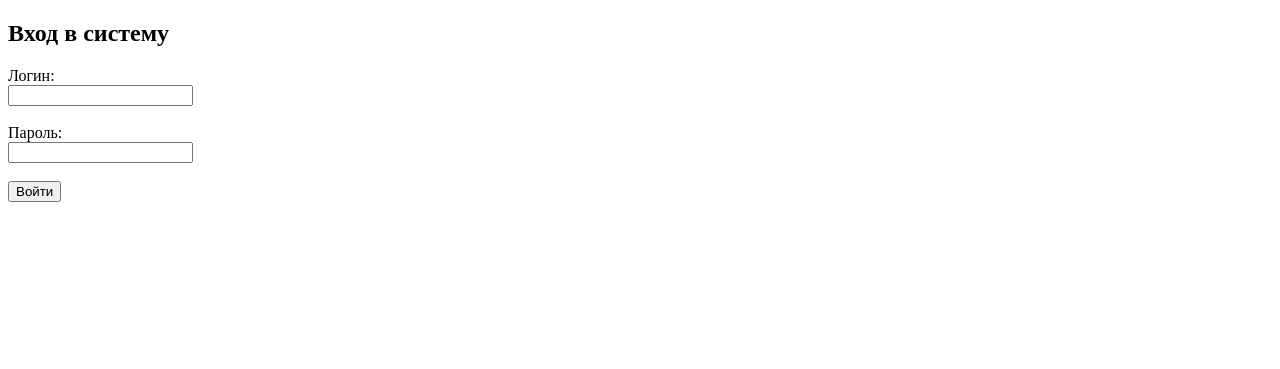
Repository: Nissmoline/JavaWebApp
Page: http://localhost/tech-support-site/login.jsp
These files come from the project's save history. The page is drawn as it stood at one moment and after the next save; the edit follows.
The browser window is 1280 px wide. The pictures show the whole page.
The page is served by Tomcat 10. Other server files are loaded and not shown.

Above is the page before, as saved 2025-03-17 18:57:29.

### tech-support-site/WebContent/login.jsp
<%@ page contentType="text/html; charset=UTF-8" %>
<!DOCTYPE html>
<html>
<head>
    <title>Вход</title>
</head>
<body>
    <h2>Вход в систему</h2>
    <form action="login" method="post">
        Логин: <br>
        <input type="text" name="username" /><br><br>
        Пароль: <br>
        <input type="password" name="password" /><br><br>
        <input type="submit" value="Войти" />
    </form>

    <!-- Вывод ошибки, если она есть -->
    <%
        String error = (String) request.getAttribute("error");
        if (error != null) {
    %>
        <p style="color:red;"><%= error %></p>
    <%
        }
    %>
</body>
</html>

After the next save:
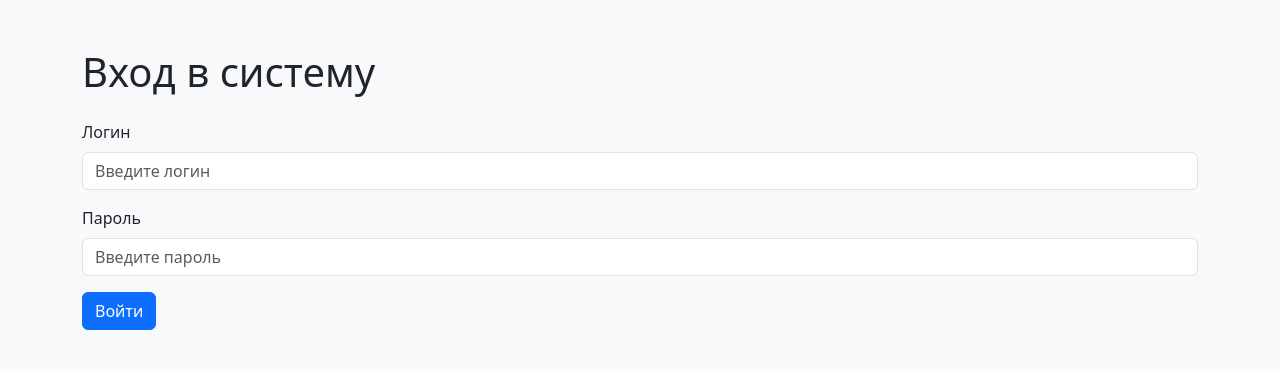
Saved 13 min 12 s later.
--- a/tech-support-site/WebContent/login.jsp
+++ b/tech-support-site/WebContent/login.jsp
@@ -2,16 +2,39 @@
 <!DOCTYPE html>
 <html>
 <head>
+    <meta charset="UTF-8">
     <title>Вход</title>
+    <!-- Подключаем Bootstrap (CSS) с CDN -->
+    <link
+      rel="stylesheet"
+      href="https://cdn.jsdelivr.net/npm/bootstrap@5.3.0/dist/css/bootstrap.min.css"
+    >
 </head>
-<body>
-    <h2>Вход в систему</h2>
-    <form action="login" method="post">
-        Логин: <br>
-        <input type="text" name="username" /><br><br>
-        Пароль: <br>
-        <input type="password" name="password" /><br><br>
-        <input type="submit" value="Войти" />
+<body class="bg-light">
+<div class="container">
+    <h1 class="mt-5">Вход в систему</h1>
+    <form class="mt-4" action="login" method="post">
+        <div class="mb-3">
+            <label for="username" class="form-label">Логин</label>
+            <input
+                type="text"
+                class="form-control"
+                id="username"
+                name="username"
+                placeholder="Введите логин"
+            >
+        </div>
+        <div class="mb-3">
+            <label for="password" class="form-label">Пароль</label>
+            <input
+                type="password"
+                class="form-control"
+                id="password"
+                name="password"
+                placeholder="Введите пароль"
+            >
+        </div>
+        <button type="submit" class="btn btn-primary">Войти</button>
     </form>
 
     <!-- Вывод ошибки, если она есть -->
@@ -19,9 +42,10 @@
         String error = (String) request.getAttribute("error");
         if (error != null) {
     %>
-        <p style="color:red;"><%= error %></p>
+        <div class="alert alert-danger mt-3"><%= error %></div>
     <%
         }
     %>
+</div>
 </body>
 </html>
